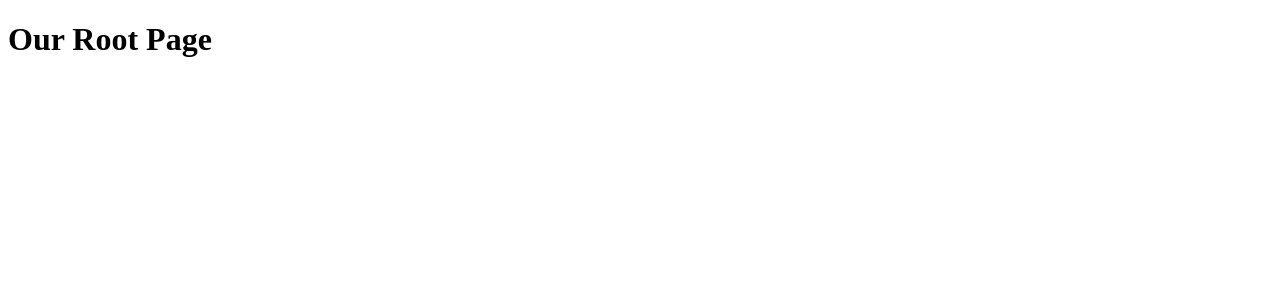
Repository: zacheys123/express_library
Page: http://localhost/
An editor plug-in stored every save of this project. The page is shown before and after the next save, followed by the edit.
The browser window is 1280 px wide. The pictures show the whole page.
The page is served by the project's Node server (server.js).

Above is the page before, as saved 2022-07-12 15:57:08.

After the next save:
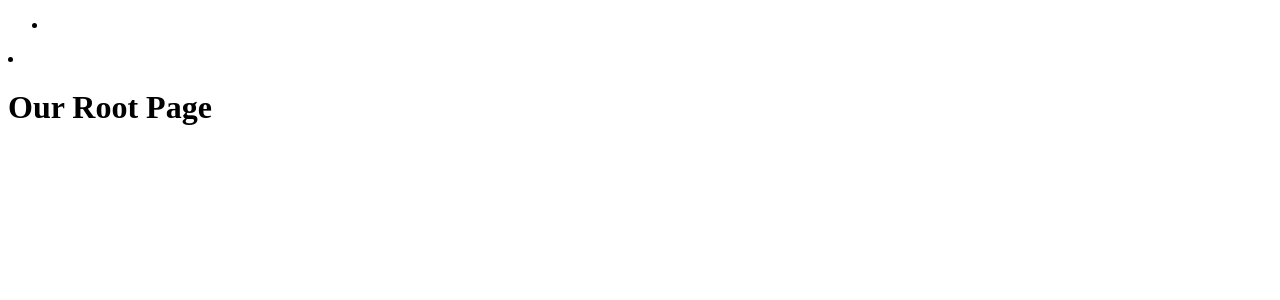
Saved 88 s later.
--- a/views/index.ejs
+++ b/views/index.ejs
@@ -7,6 +7,18 @@
     <title>Document</title>
 </head>
 <body>
+    <header>
+        <nav>
+            <ul>
+                <li>
+                    <a href="/authors"></a>
+                </li>
+            </ul>
+
+    <li>
+        <a href="/authors"></a>
+    </li>        </nav>
+    </header>
     <h1>Our Root Page</h1>
 </body>
 </html>
